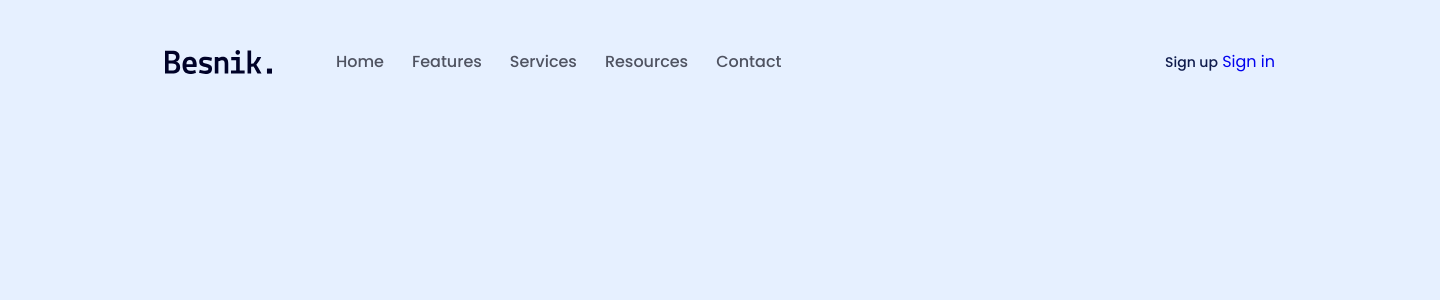
Repository: datvu1608/dv-htmlcss-01
Page: index.html
An editor plug-in stored every save of this project. The page is shown before and after the next save, followed by the edit.
The browser window is 1280 px wide. The page is 1440 px wide, so the pictures cover 1440 px, including what lies to the right of the window. The pictures show the whole page.

Above is the page before, as saved 2023-06-01 14:24:51.

### index.html
<!DOCTYPE html>
<html lang="en">
  <head>
    <meta charset="UTF-8" />
    <meta http-equiv="X-UA-Compatible" content="IE=edge" />
    <meta name="viewport" content="width=device-width, initial-scale=1.0" />
    <title>Project 1</title>
    <link rel="stylesheet" href="./assets/css/reset.css" />
    <link rel="stylesheet" href="./assets/fonts/stylesheet.css" />
    <link rel="stylesheet" href="./assets/css/style.css" />
  </head>
  <body>
    <main>
      <!-- Header -->
      <header class="header">
        <div class="content">
          <nav class="navbar">
            <!-- logo -->
            <img src="./assets/img/Logo.svg" alt="Besnik" />
            <!-- navigation -->
            <ul>
              <li><a href="#!">Home</a></li>
              <li><a href="#!">Features</a></li>
              <li><a href="#!">Services</a></li>
              <li><a href="#!">Resources</a></li>
              <li><a href="#!">Contact</a></li>
            </ul>
            <!-- action -->
            <div class="actions">
              <a href="#!" class="action-link">Sign up</a>
              <a href="#!" class="btn">Sign in</a>
            </div>
          </nav>
        </div>
      </header>
    </main>
  </body>
</html>

### assets/fonts/stylesheet.css
/* ============ Poppins =================== */
@font-face {
  font-family: 'Poppins';
  src: url('Poppins-BlackItalic.woff2') format('woff2'),
    url('Poppins-BlackItalic.woff') format('woff');
  font-weight: 900;
  font-style: italic;
  font-display: swap;
}

@font-face {
  font-family: 'Poppins';
  src: url('Poppins-Bold.woff2') format('woff2'),
    url('Poppins-Bold.woff') format('woff');
  font-weight: bold;
  font-style: normal;
  font-display: swap;
}

@font-face {
  font-family: 'Poppins';
  src: url('Poppins-Black.woff2') format('woff2'),
    url('Poppins-Black.woff') format('woff');
  font-weight: 900;
  font-style: normal;
  font-display: swap;
}

@font-face {
  font-family: 'Poppins';
  src: url('Poppins-BoldItalic.woff2') format('woff2'),
    url('Poppins-BoldItalic.woff') format('woff');
  font-weight: bold;
  font-style: italic;
  font-display: swap;
}

@font-face {
  font-family: 'Poppins';
  src: url('Poppins-ExtraBoldItalic.woff2') format('woff2'),
    url('Poppins-ExtraBoldItalic.woff') format('woff');
  font-weight: bold;
  font-style: italic;
  font-display: swap;
}

@font-face {
  font-family: 'Poppins';
  src: url('Poppins-ExtraLightItalic.woff2') format('woff2'),
    url('Poppins-ExtraLightItalic.woff') format('woff');
  font-weight: 200;
  font-style: italic;
  font-display: swap;
}

@font-face {
  font-family: 'Poppins';
  src: url('Poppins-LightItalic.woff2') format('woff2'),
    url('Poppins-LightItalic.woff') format('woff');
  font-weight: 300;
  font-style: italic;
  font-display: swap;
}

@font-face {
  font-family: 'Poppins';
  src: url('Poppins-ExtraBold.woff2') format('woff2'),
    url('Poppins-ExtraBold.woff') format('woff');
  font-weight: bold;
  font-style: normal;
  font-display: swap;
}

@font-face {
  font-family: 'Poppins';
  src: url('Poppins-Italic.woff2') format('woff2'),
    url('Poppins-Italic.woff') format('woff');
  font-weight: normal;
  font-style: italic;
  font-display: swap;
}

@font-face {
  font-family: 'Poppins';
  src: url('Poppins-Light.woff2') format('woff2'),
    url('Poppins-Light.woff') format('woff');
  font-weight: 300;
  font-style: normal;
  font-display: swap;
}

@font-face {
  font-family: 'Poppins';
  src: url('Poppins-ExtraLight.woff2') format('woff2'),
    url('Poppins-ExtraLight.woff') format('woff');
  font-weight: 200;
  font-style: normal;
  font-display: swap;
}

@font-face {
  font-family: 'Poppins';
  src: url('Poppins-Medium.woff2') format('woff2'),
    url('Poppins-Medium.woff') format('woff');
  font-weight: 500;
  font-style: normal;
  font-display: swap;
}

@font-face {
  font-family: 'Poppins';
  src: url('Poppins-Regular.woff2') format('woff2'),
    url('Poppins-Regular.woff') format('woff');
  font-weight: normal;
  font-style: normal;
  font-display: swap;
}

@font-face {
  font-family: 'Poppins';
  src: url('Poppins-SemiBold.woff2') format('woff2'),
    url('Poppins-SemiBold.woff') format('woff');
  font-weight: 600;
  font-style: normal;
  font-display: swap;
}

@font-face {
  font-family: 'Poppins';
  src: url('Poppins-ThinItalic.woff2') format('woff2'),
    url('Poppins-ThinItalic.woff') format('woff');
  font-weight: 100;
  font-style: italic;
  font-display: swap;
}

@font-face {
  font-family: 'Poppins';
  src: url('Poppins-MediumItalic.woff2') format('woff2'),
    url('Poppins-MediumItalic.woff') format('woff');
  font-weight: 500;
  font-style: italic;
  font-display: swap;
}

@font-face {
  font-family: 'Poppins';
  src: url('Poppins-Thin.woff2') format('woff2'),
    url('Poppins-Thin.woff') format('woff');
  font-weight: 100;
  font-style: normal;
  font-display: swap;
}

@font-face {
  font-family: 'Poppins';
  src: url('Poppins-SemiBoldItalic.woff2') format('woff2'),
    url('Poppins-SemiBoldItalic.woff') format('woff');
  font-weight: 600;
  font-style: italic;
  font-display: swap;
}
/* ============ Poppins =================== */

### assets/css/style.css
* {
  box-sizing: border-box;
}
html {
  font-size: 62.5%;
}
body {
  font-size: 1.6rem;
  font-family: 'Poppins', sans-serif;
}

/* Common */
a {
  text-decoration: none;
}
.content {
  width: 1110px;
  margin-left: auto;
  margin-right: auto;
}
.btn {
  min-width: 98px;
}

/* Header */
.header {
  width: 1440px;
  height: 100vh;
  background: #e6f0ff;
}

.navbar {
  display: flex;
  align-items: center;
  padding-top: 50px;
}

.navbar ul {
  display: flex;
  margin-left: 50px;
}

.navbar .actions {
  margin-left: auto;
}
.navbar ul a {
  font-weight: 500;
  font-size: 1s4rem;
  color: #4f5361;
  padding: 8px 14px;
}
.navbar .action-link {
  font-size: 1.4rem;
  color: #0f1b4c;
  font-weight: 500;
}

Loaded but not shown: assets/css/reset.css (common file)

After the next save:
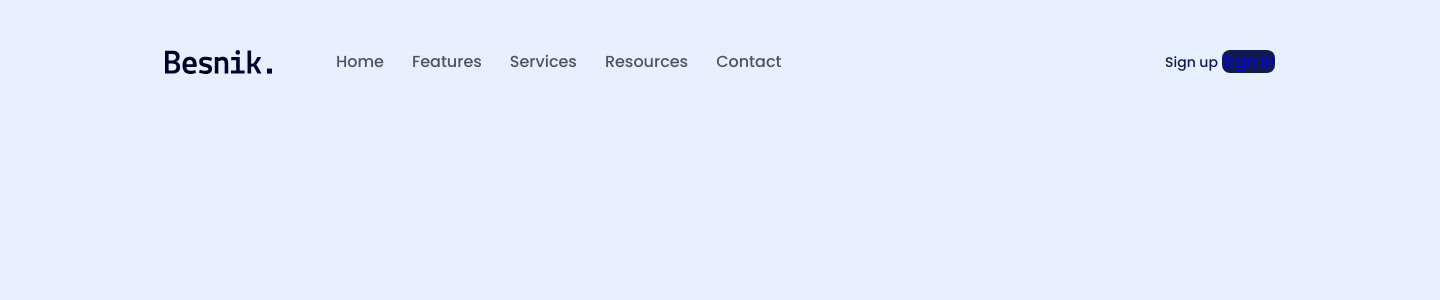
Saved 13 s later.
--- a/assets/css/style.css
+++ b/assets/css/style.css
@@ -20,6 +20,8 @@
 }
 .btn {
   min-width: 98px;
+  background: #0f1b4c;
+  border-radius: 8px;
 }
 
 /* Header */
